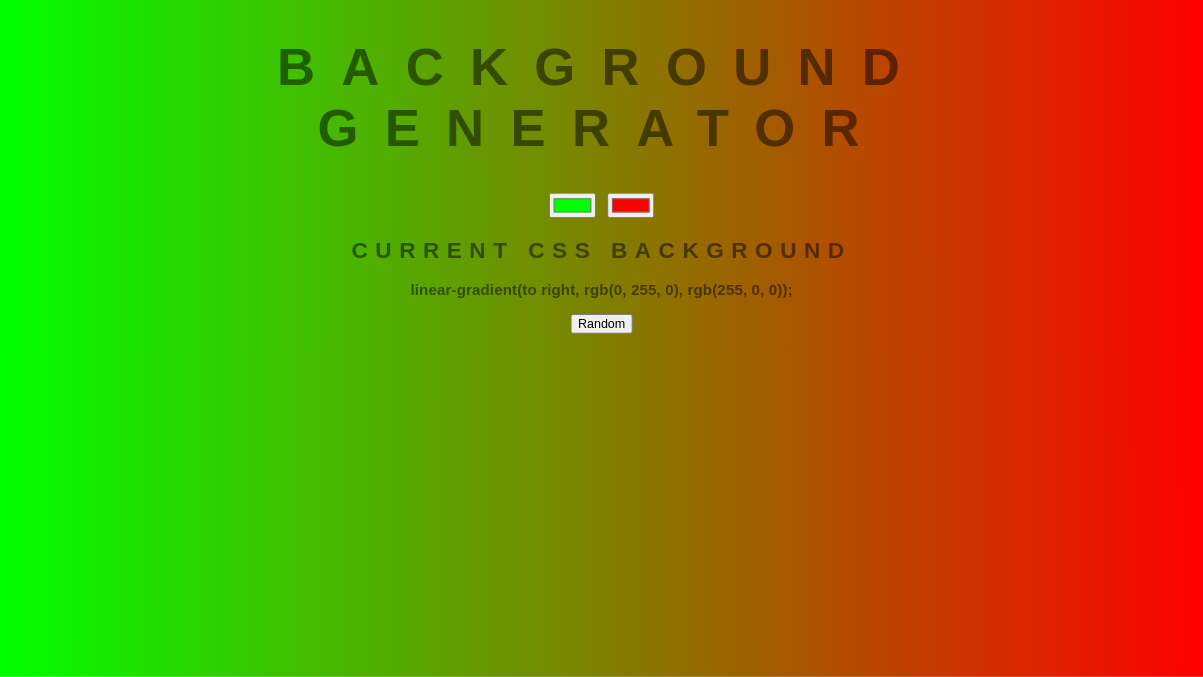
Repository: blgest/background-generator
Page: index.html
The author's editor kept a copy of each file at every save. The page is drawn from the files as they stood at one save, then again after the next save.
The browser window is 1280 px wide. The pictures show the whole page, at 94% of full size.

Above is the page before, as saved 2020-02-09 10:31:53.

After the next save:
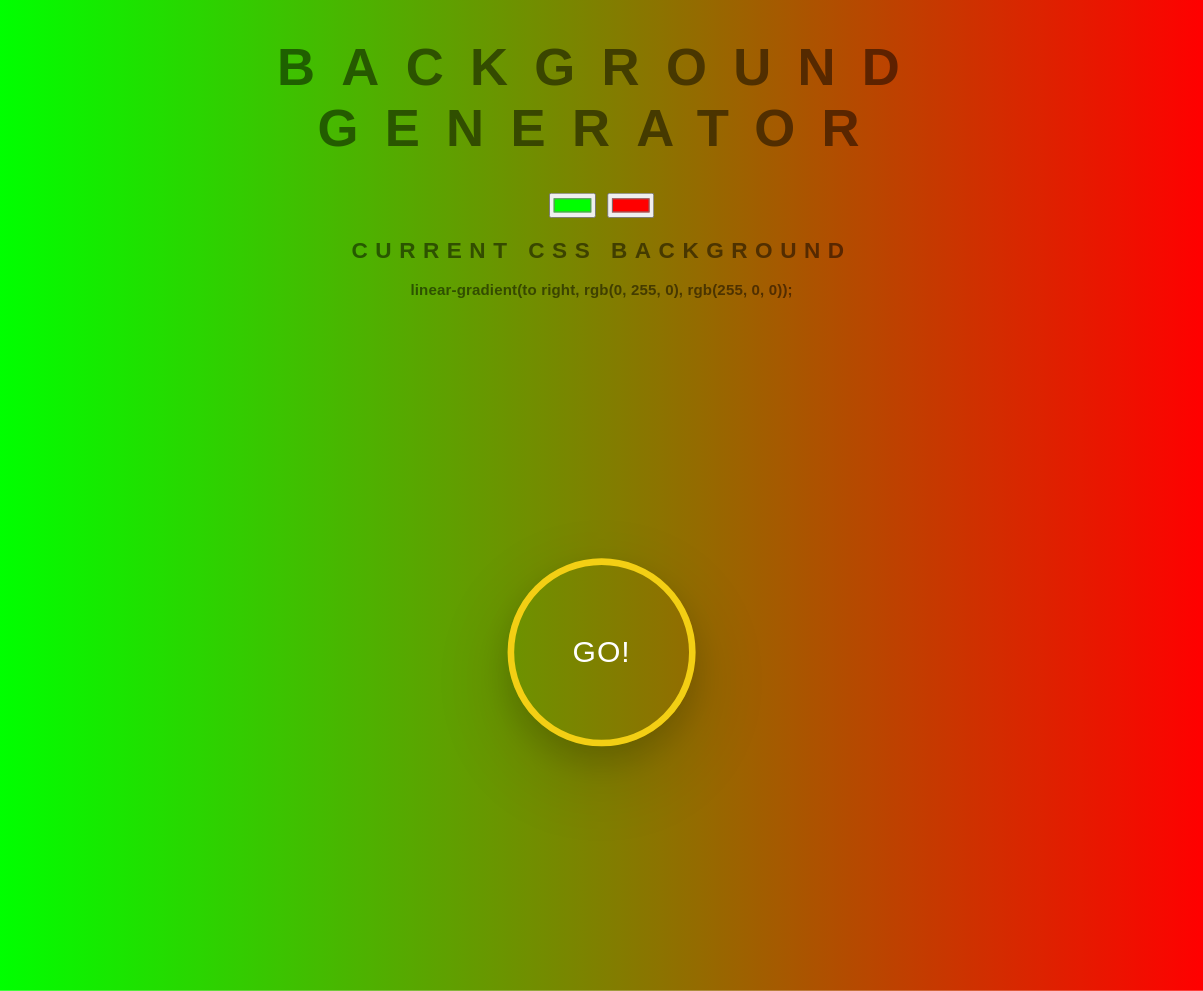
Console error: TypeError: Cannot read properties of null (reading 'addEventListener')
Saved 3 s later.
--- a/index.html
+++ b/index.html
@@ -10,7 +10,18 @@
 	<input class="color2" type="color" name="color2" value="#ff0000">
 	<h2>Current CSS Background</h2>
 	<h3></h3>
-	<h3><button id="random">Random</button></h3>
+	<!-- <h3><button id="random">Random</button></h3> -->
+	<div id="wrapper">
+		<a href="#" class="my-super-cool-btn">
+		  <div class="dots-container">
+			<div class="dot"></div>
+			<div class="dot"></div>
+			<div class="dot"></div>
+			<div class="dot"></div>
+		  </div>
+		  <span>Go!</span>
+		</a>
+	  </div>
 	<script type="text/javascript" src="script.js"></script>
 </body>
 </html>
